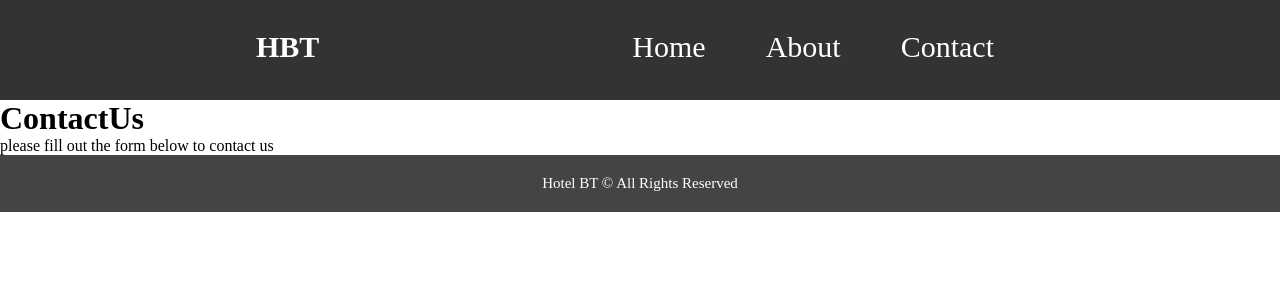
Repository: reemoon-ctrl/hotel-website
Page: 35 - hotel-website/contact.html
An editor plug-in stored every save of this project. The page is shown before and after the next save, followed by the edit.
The browser window is 1280 px wide. The pictures show the whole page.

Above is the page before, as saved 2024-07-22 09:21:01.

After the next save:
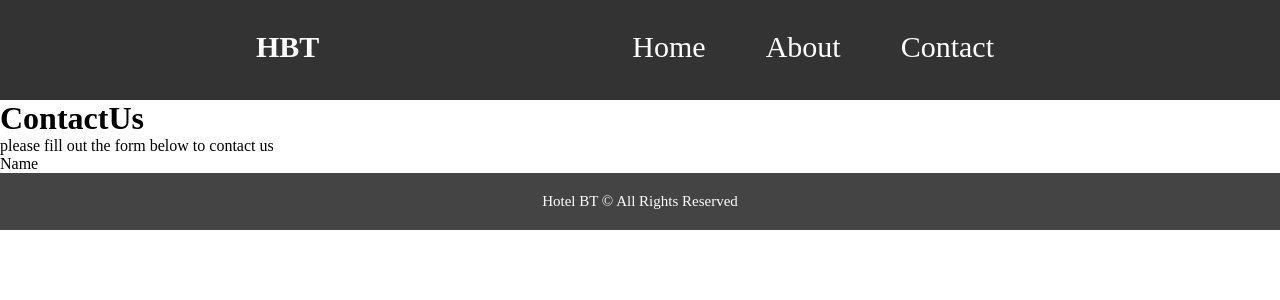
Saved 8 s later.
--- a/35 - hotel-website/contact.html
+++ b/35 - hotel-website/contact.html
@@ -24,7 +24,7 @@
                 <h1><span>Contact</span>Us</h1>
                 <p>please fill out the form below to contact us</p>
                 <div>
-                    <label for="name"></label>
+                    <label for="name">Name</label>
 
                 </div>
                 <div>
